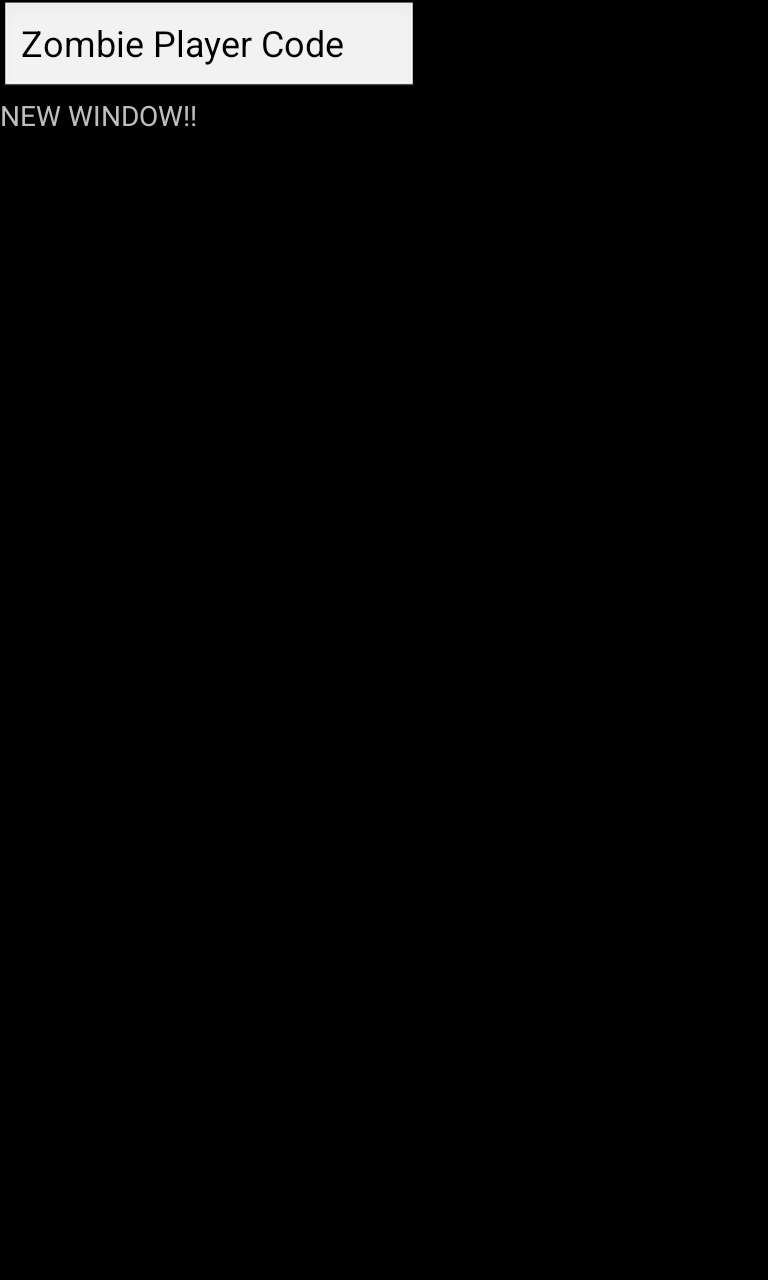
Repository: rolsen/HvZ
Layout: HvZ_phone/res/layout/players.xml
An editor plug-in stored every save of this project. The layout is shown before and after the next save, followed by the edit.
It is drawn on a 768 x 1280 px phone screen (xhdpi) without system bars, with theme android:Theme; the app's code is not run.

Above is the layout before, as saved 2011-11-06 23:07:47.

### HvZ_phone/res/layout/players.xml
<?xml version="1.0" encoding="utf-8"?>
<LinearLayout xmlns:android="http://schemas.android.com/apk/res/android"
    android:layout_width="match_parent"
    android:layout_height="match_parent"
    android:orientation="vertical" >


    <EditText
        android:id="@+id/zombie"
        android:layout_width="209dp"
        android:layout_height="wrap_content"
        android:inputType="number"
        android:text="@string/zombie_label" />

	<TextView
	    android:layout_width="match_parent"
	    android:layout_height="match_parent"
	    android:text="NEW WINDOW!!"
	    />

</LinearLayout>

### HvZ_phone/res/values/strings.xml
<?xml version="1.0" encoding="utf-8"?>
<resources>

    <string name="hello">Humans Versus Zombies Android Application</string>
    <string name="app_name">HvZ</string>
    <string name="menu_text">Function call to get player list here!</string>
    <string name="menu_title">Player List Menu Title</string>
    <string name="players">Player List</string>
    <string name="zombie_label">Zombie Player Code</string>
    <string name="human_label">Human Player Code</string>

</resources>

After the next save:
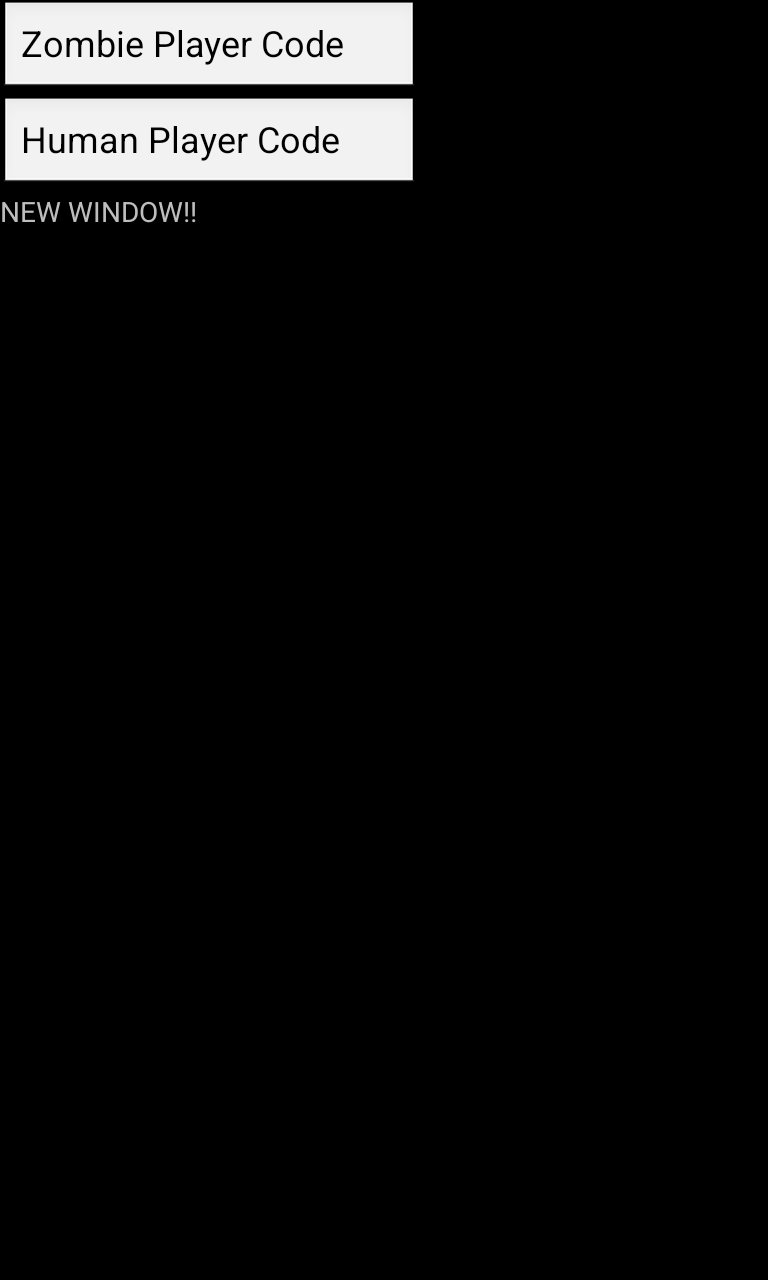
Saved 28 s later.
--- a/HvZ_phone/res/layout/players.xml
+++ b/HvZ_phone/res/layout/players.xml
@@ -12,6 +12,13 @@
         android:inputType="number"
         android:text="@string/zombie_label" />
 
+        <EditText
+        android:id="@+id/human"
+        android:layout_width="209dp"
+        android:layout_height="wrap_content"
+        android:inputType="number"
+        android:text="@string/human_label" />
+
 	<TextView
 	    android:layout_width="match_parent"
 	    android:layout_height="match_parent"
